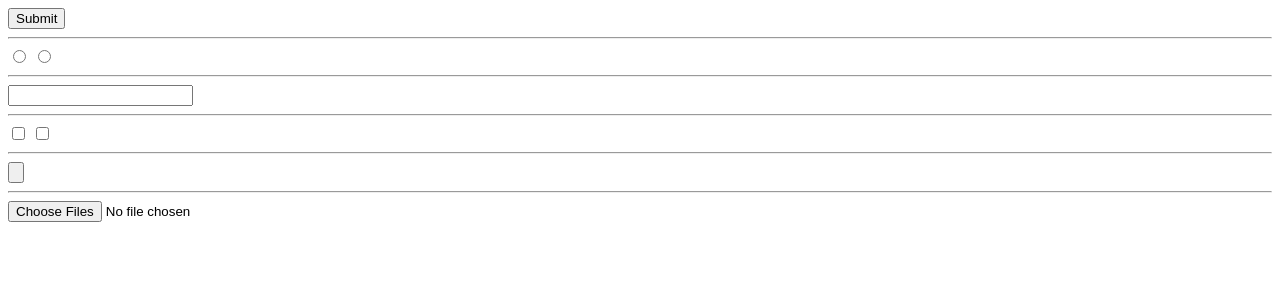
Repository: Lixianlai-2/html-demo-1
Page: input.html
The author's editor kept a copy of each file at every save. The page is drawn from the files as they stood at one save, then again after the next save.
The browser window is 1280 px wide. The pictures show the whole page.

Above is the page before, as saved 2021-11-27 22:58:28.

After the next save:
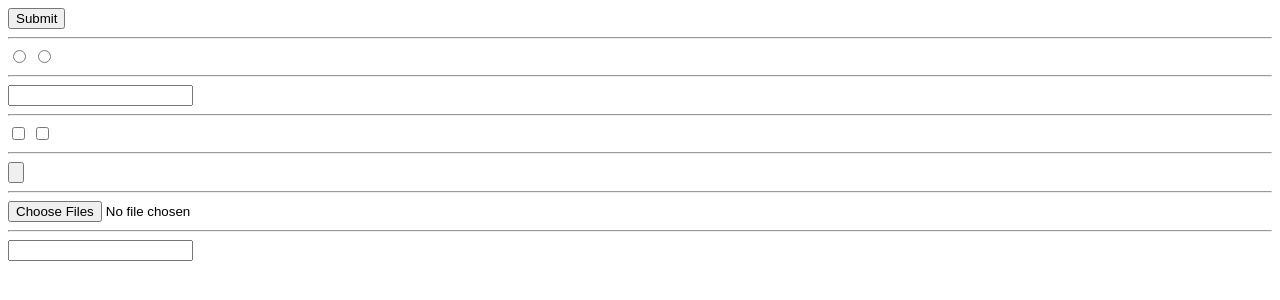
Saved 22 s later.
--- a/input.html
+++ b/input.html
@@ -21,6 +21,8 @@
       <input type="button" />
       <hr />
       <input type="file" multiple name="" id="" />
+      <hr />
+      <input type="number" />
     </form>
   </body>
 </html>
